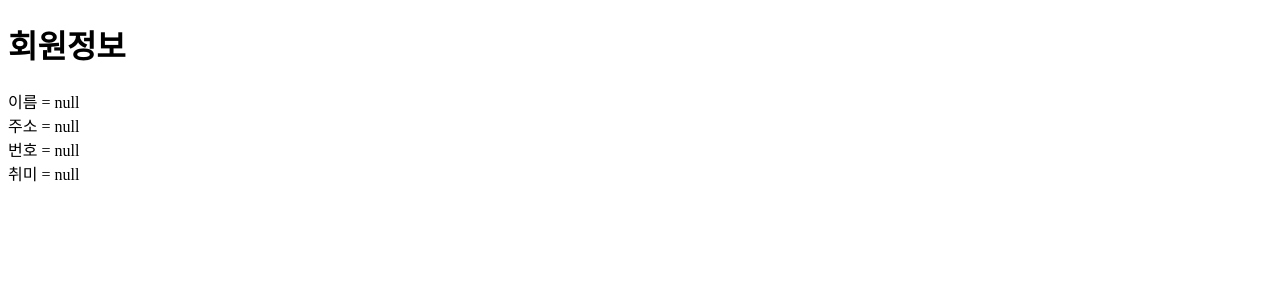
Repository: ssookkdduugg/jsp
Page: http://localhost/Hello/memResult.jsp
The author's editor kept a copy of each file at every save. The page is drawn from the files as they stood at one save, then again after the next save.
The browser window is 1280 px wide. The pictures show the whole page.
The page is served by Tomcat 9.

Above is the page before, as saved 2023-09-19 05:33:31.

After the next save:
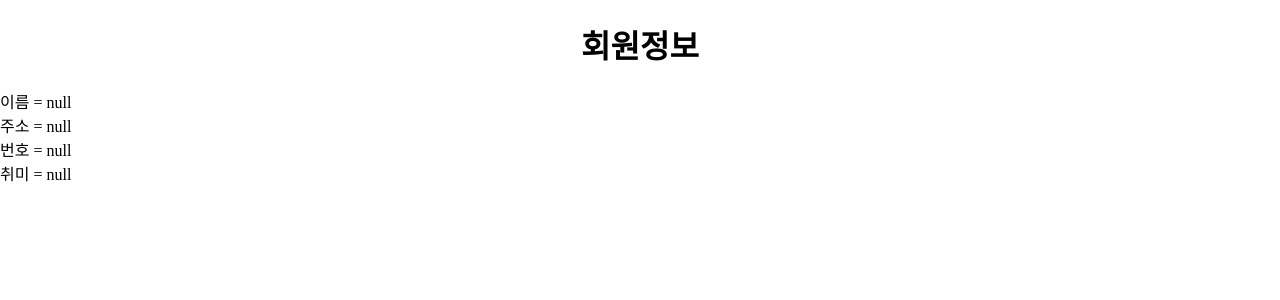
Saved 7 s later.
--- a/Hello/src/main/webapp/memResult.jsp
+++ b/Hello/src/main/webapp/memResult.jsp
@@ -5,7 +5,16 @@
 <head>
 <meta charset="UTF-8">
 <title>Insert title here</title>
-
+<style type="text/css">
+		body{margin: auto;}
+		div{
+		width: 280px;
+		margin: auto;
+		}
+		h1{
+		text-align: center;
+		}
+</style>
 </head>
 <body>
 <h1>회원정보</h1>
